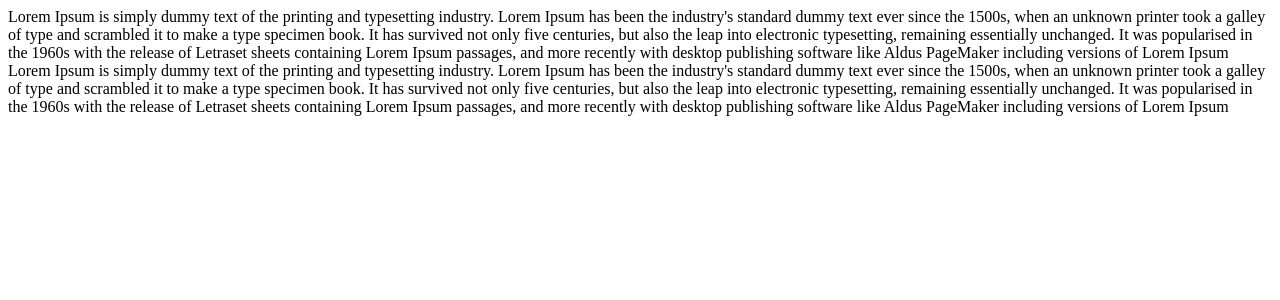
Repository: dishant8/Web-development
Page: public/WebDevWorkspace/experiment/WebContent/0-html.html
An editor plug-in stored every save of this project. The page is shown before and after the next save, followed by the edit.
The browser window is 1280 px wide. The pictures show the whole page.

Above is the page before, as saved 2015-09-26 22:04:01.

After the next save:
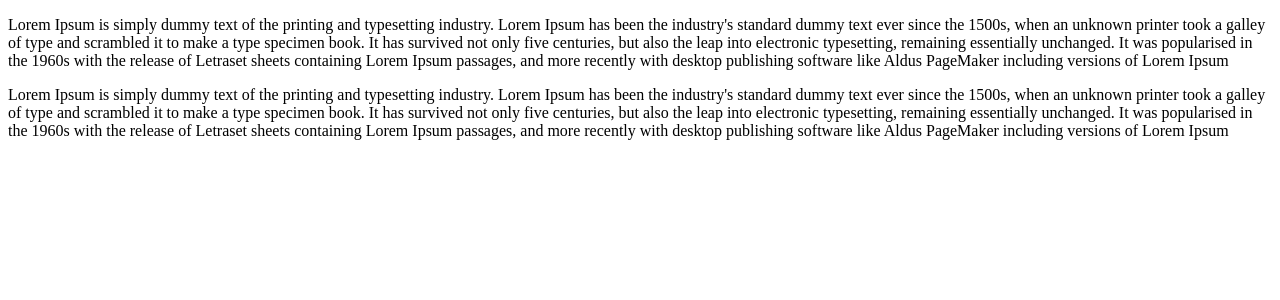
Saved 62 s later.
--- a/public/WebDevWorkspace/experiment/WebContent/0-html.html
+++ b/public/WebDevWorkspace/experiment/WebContent/0-html.html
@@ -5,8 +5,9 @@
 <title>Insert title here</title>
 </head>
 <body>
-  Lorem Ipsum is simply dummy text of the printing and typesetting industry. Lorem Ipsum has been the industry's standard dummy text ever since the 1500s, when an unknown printer took a galley of type and scrambled it to make a type specimen book. It has survived not only five centuries, but also the leap into electronic typesetting, remaining essentially unchanged. It was popularised in the 1960s with the release of Letraset sheets containing Lorem Ipsum passages, and more recently with desktop publishing software like Aldus PageMaker including versions of Lorem Ipsum
 
-  Lorem Ipsum is simply dummy text of the printing and typesetting industry. Lorem Ipsum has been the industry's standard dummy text ever since the 1500s, when an unknown printer took a galley of type and scrambled it to make a type specimen book. It has survived not only five centuries, but also the leap into electronic typesetting, remaining essentially unchanged. It was popularised in the 1960s with the release of Letraset sheets containing Lorem Ipsum passages, and more recently with desktop publishing software like Aldus PageMaker including versions of Lorem Ipsum
+<p>  Lorem Ipsum is simply dummy text of the printing and typesetting industry. Lorem Ipsum has been the industry's standard dummy text ever since the 1500s, when an unknown printer took a galley of type and scrambled it to make a type specimen book. It has survived not only five centuries, but also the leap into electronic typesetting, remaining essentially unchanged. It was popularised in the 1960s with the release of Letraset sheets containing Lorem Ipsum passages, and more recently with desktop publishing software like Aldus PageMaker including versions of Lorem Ipsum</p>
+
+<p>  Lorem Ipsum is simply dummy text of the printing and typesetting industry. Lorem Ipsum has been the industry's standard dummy text ever since the 1500s, when an unknown printer took a galley of type and scrambled it to make a type specimen book. It has survived not only five centuries, but also the leap into electronic typesetting, remaining essentially unchanged. It was popularised in the 1960s with the release of Letraset sheets containing Lorem Ipsum passages, and more recently with desktop publishing software like Aldus PageMaker including versions of Lorem Ipsum</p>
 </body>
 </html>
